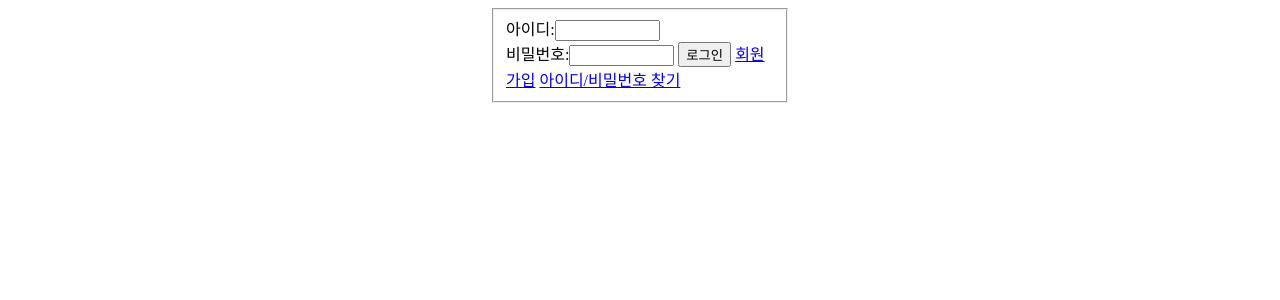
Repository: to-flatwhite1/JSP
Page: http://localhost/JSP/next.jsp
The author's editor kept a copy of each file at every save. The page is drawn from the files as they stood at one save, then again after the next save.
The browser window is 1280 px wide. The pictures show the whole page.
The page is served by Tomcat 9.

Above is the page before, as saved 2024-05-17 09:00:27.

### portfolio-master/JSP/src/main/webapp/next.jsp
<%@ page language="java" contentType="text/html; charset=EUC-KR"
    pageEncoding="EUC-KR"%>
<!DOCTYPE html>
<html>
<head>
<meta charset="EUC-KR">
<title>산책어때:로그인</title>
<style>
	#container{
		width:300px;
		margin:0 auto;
	}
</style>
</head>
<body>
	<div id="container">
	<form method="get" action="next.jsp">
	<fieldset>
	아이디:<input type="text" id="user_id" size="10"><br>
	비밀번호:<input type="password" id="user_pw" size="10">
	<input type="submit" value="로그인">
	<a href="next2.jsp">회원가입</a>
	<a href="next3.jsp">아이디/비밀번호 찾기</a>
	</fieldset>
	</form>
	</div>

</body>
</html>

After the next save:
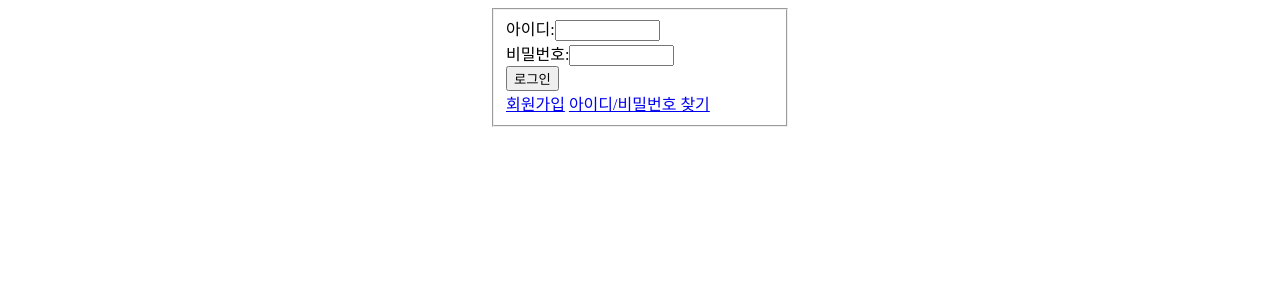
Saved 6 s later.
--- a/portfolio-master/JSP/src/main/webapp/next.jsp
+++ b/portfolio-master/JSP/src/main/webapp/next.jsp
@@ -17,8 +17,8 @@
 	<form method="get" action="next.jsp">
 	<fieldset>
 	아이디:<input type="text" id="user_id" size="10"><br>
-	비밀번호:<input type="password" id="user_pw" size="10">
-	<input type="submit" value="로그인">
+	비밀번호:<input type="password" id="user_pw" size="10"><br>
+	<input type="submit" value="로그인"><br>
 	<a href="next2.jsp">회원가입</a>
 	<a href="next3.jsp">아이디/비밀번호 찾기</a>
 	</fieldset>
